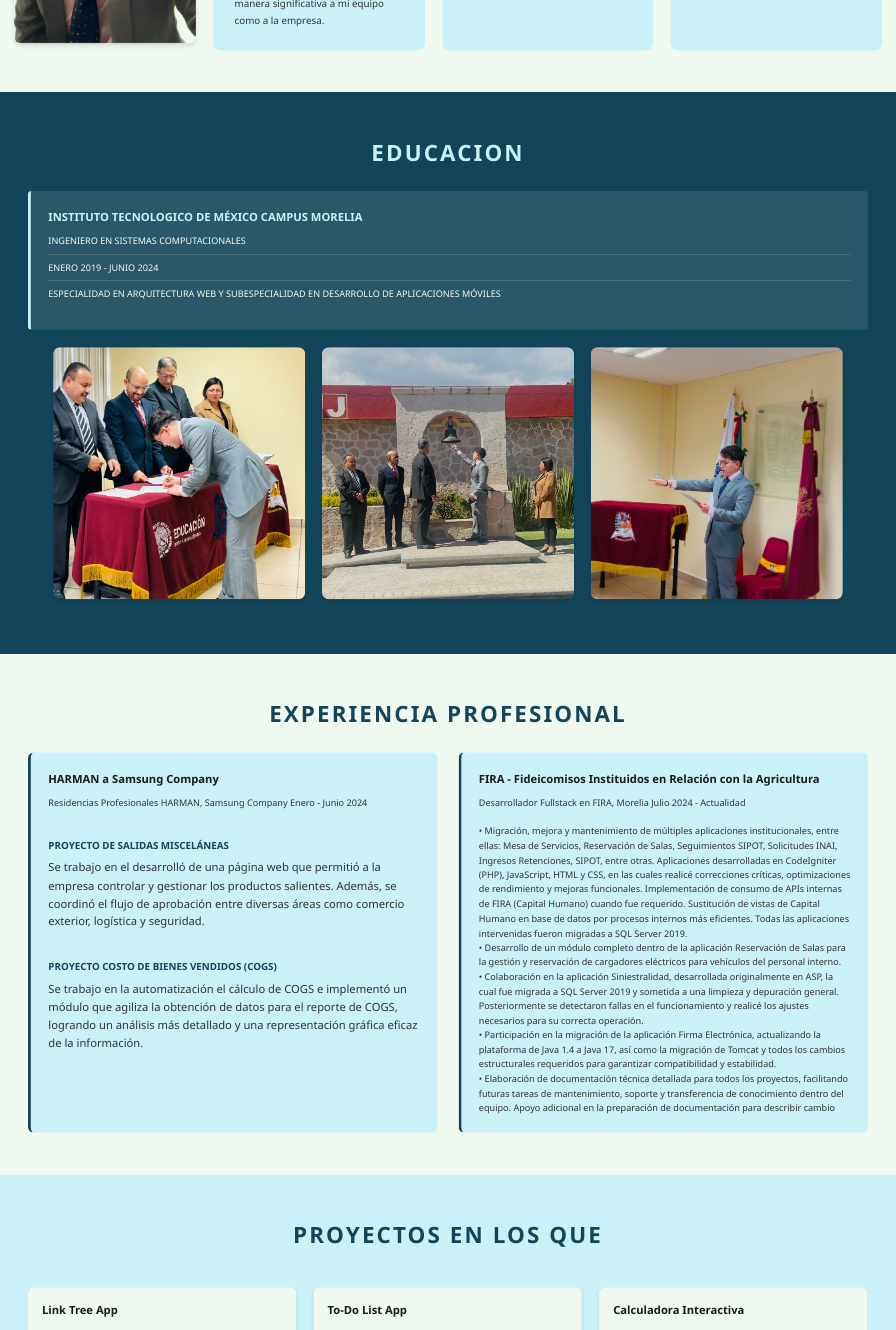
Repository: rafaelsilva2k/mi-portafolio
Page: index.html
These files come from the project's save history. The page is drawn as it stood at one moment and after the next save; the edit follows.
The browser window is 1280 px wide. The pictures show the part of the page from y = 930 to 2830 px (the page is 4386 px tall), at 70% of full size.
Pictures or frames that could not be fetched are drawn as grey boxes.

Above is the page before, as saved 2026-05-27 09:13:42.

After the next save:
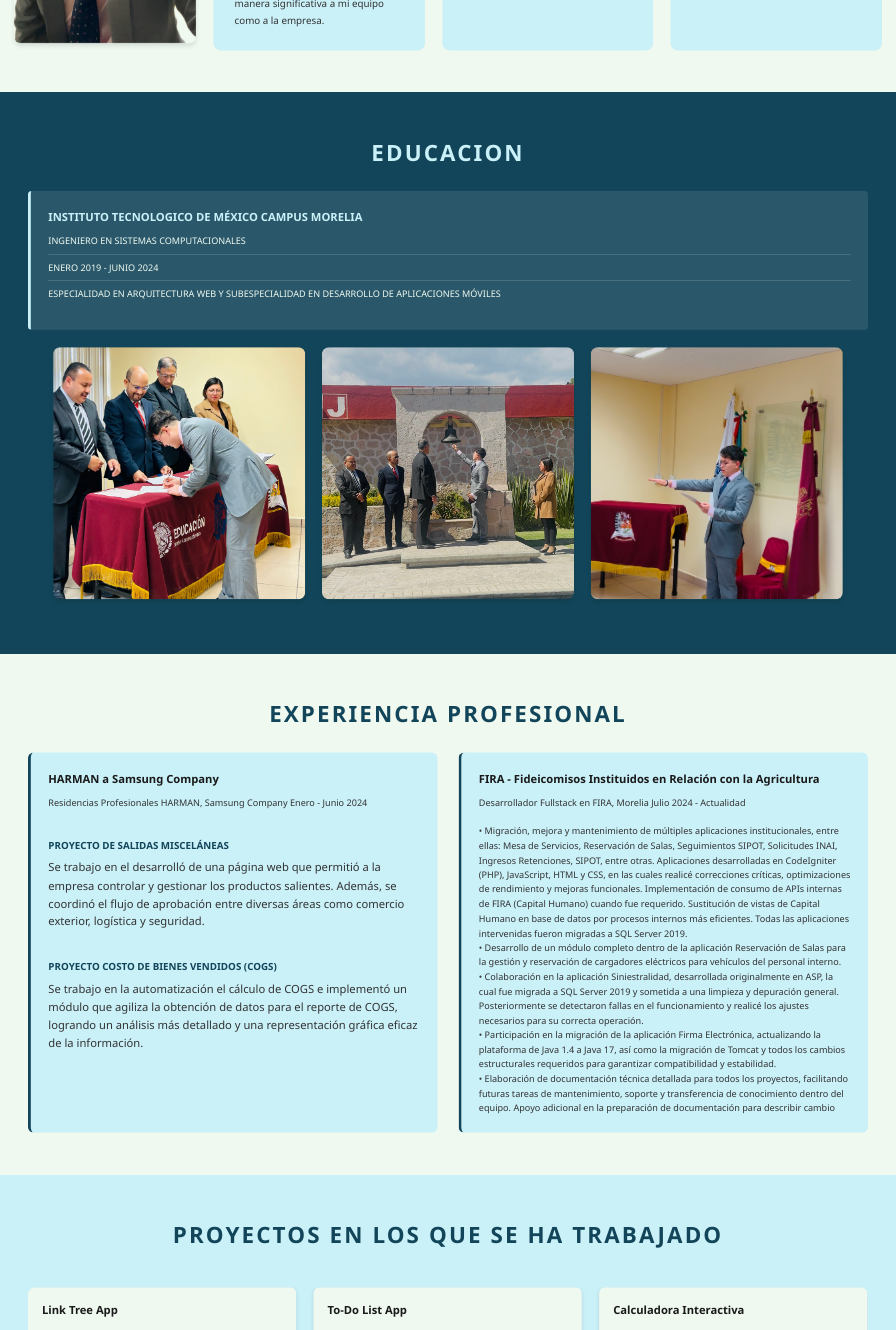
Saved 6 s later.
--- a/index.html
+++ b/index.html
@@ -137,7 +137,7 @@
 
     <!-- SECCIÓN PROYECTOS CON CARRUSEL -->
     <section id="proyectos" class="proyectos">
-        <h2>PROYECTOS EN LOS QUE </h2>
+        <h2>PROYECTOS EN LOS QUE SE HA TRABAJADO</h2>
         <div class="carousel-container">
             <div class="proyectos-content" id="carousel">
 
